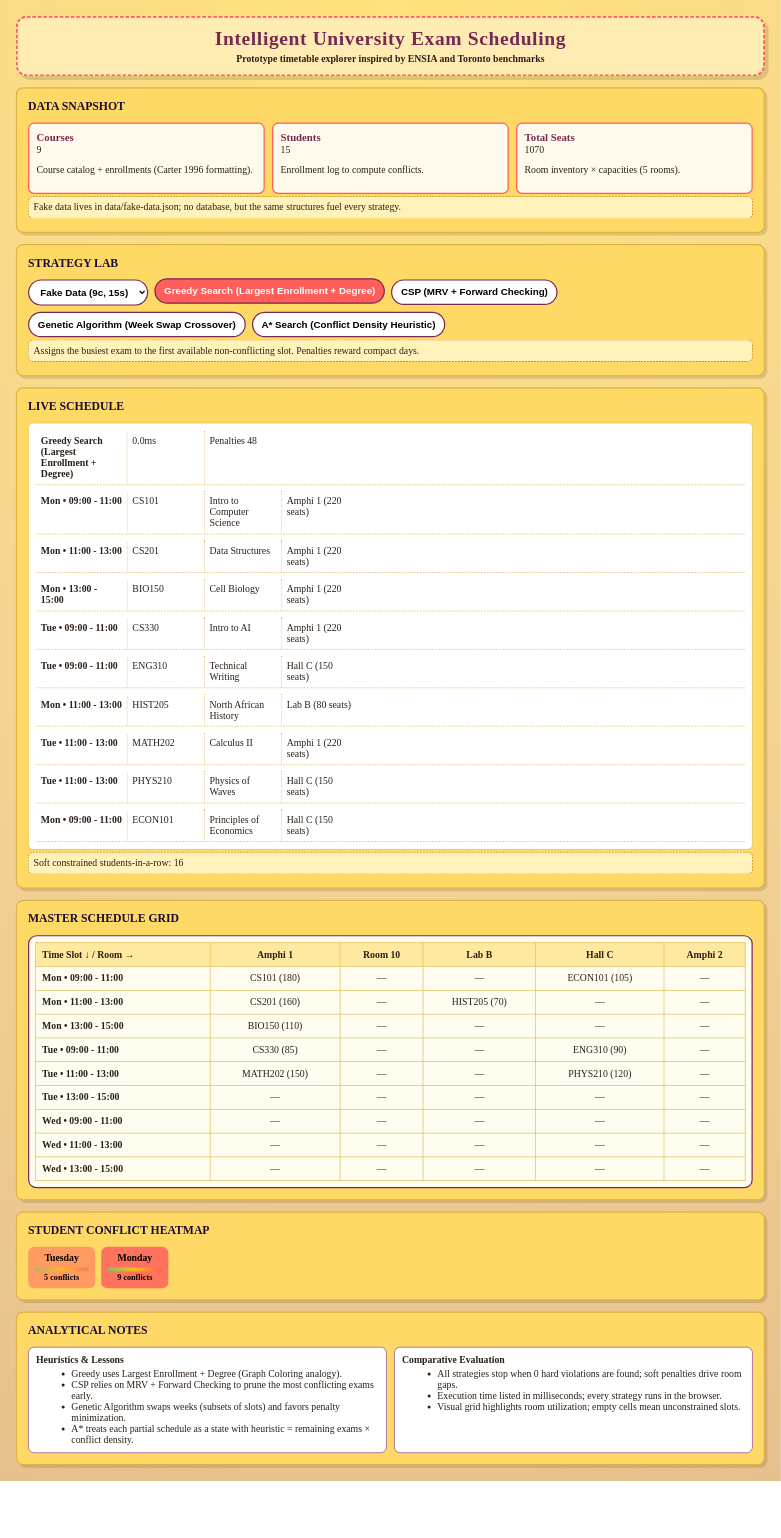
Repository: tarikko/AIExamScheduler
Page: index.html
An editor plug-in stored every save of this project. The page is shown before and after the next save, followed by the edit.
The browser window is 1280 px wide. The pictures show the whole page, at 61% of full size.

Above is the page before, as saved 2026-02-23 22:51:18.

After the next save:
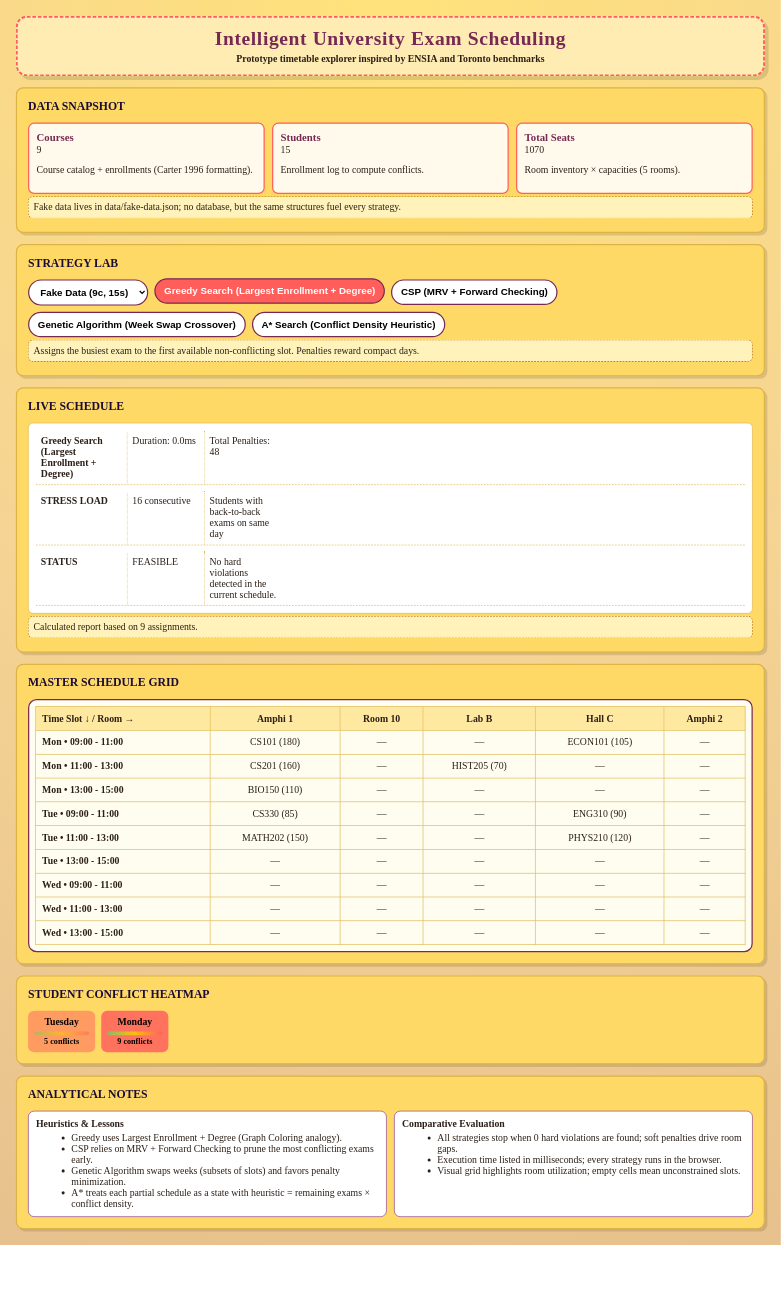
Saved 31 s later.
--- a/js/ui.js
+++ b/js/ui.js
@@ -38,29 +38,92 @@ export function renderSchedule(assignments, meta) {
 	const results = document.getElementById("schedule-results");
 	results.innerHTML = "";
 
+	// Header
 	const header = document.createElement("div");
 	header.className = "grid-row";
 	header.innerHTML = `<div class="grid-cell slot-label">${meta.label}</div>`;
-	header.innerHTML += `<div class="grid-cell">${meta.time.toFixed(
-		1
-	)}ms</div>`;
-	header.innerHTML += `<div class="grid-cell">Penalties ${meta.penalty}</div>`;
+	header.innerHTML += `<div class="grid-cell">Duration: ${meta.time.toFixed(1)}ms</div>`;
+	header.innerHTML += `<div class="grid-cell">Total Penalties: ${meta.penalty}</div>`;
 	results.appendChild(header);
 
-	assignments.forEach((slot) => {
-		const row = document.createElement("div");
-		row.className = "grid-row";
-		row.innerHTML = `
-      <div class="grid-cell slot-label">${slot.slot.label}</div>
-      <div class="grid-cell">${slot.course.code}</div>
-      <div class="grid-cell">${slot.course.name}</div>
-      <div class="grid-cell">${slot.room.name} (${slot.room.capacity} seats)</div>
-    `;
-		results.appendChild(row);
-	});
+	// Analyze Room Conflicts
+	const roomSlotMap = new Map();
+	const roomViolations = [];
+	assignments.forEach((a) => {
+		const key = `${a.slot.id}|${a.room.name}`;
+		if (!roomSlotMap.has(key)) roomSlotMap.set(key, []);
+		roomSlotMap.get(key).push(a.course.code);
+	});
+	roomSlotMap.forEach((courses, key) => {
+		if (courses.length > 1) {
+			const [slotId, roomName] = key.split("|");
+			roomViolations.push(`${roomName} @ ${slotId}: ${courses.join(", ")}`);
+		}
+	});
+
+	// Analyze Student Overlaps
+	const studentSlotMap = new Map(); // student -> slot -> [courseCodes]
+	const studentOverlaps = [];
+	if (meta.students) {
+		meta.students.forEach((student) => {
+			const myAssignments = assignments.filter((a) =>
+				student.courses.includes(a.course.code)
+			);
+			const slots = new Map();
+			myAssignments.forEach((a) => {
+				if (!slots.has(a.slot.id)) slots.set(a.slot.id, []);
+				slots.get(a.slot.id).push(a.course.code);
+			});
+			slots.forEach((courses, slotId) => {
+				if (courses.length > 1) {
+					studentOverlaps.push(`Student ${student.id} @ ${slotId}: ${courses.join(" & ")}`);
+				}
+			});
+		});
+	}
+
+	// 1. Room Conflict Rows
+	if (roomViolations.length > 0) {
+		const row = document.createElement("div");
+		row.className = "grid-row";
+		row.innerHTML = `<div class="grid-cell slot-label">ROOM CONFLICTS</div>`;
+		row.innerHTML += `<div class="grid-cell">${roomViolations.length} double-bookings</div>`;
+		row.innerHTML += `<div class="grid-cell">${roomViolations.slice(0, 3).join("; ")}${roomViolations.length > 3 ? "..." : ""}</div>`;
+		results.appendChild(row);
+	}
+
+	// 2. Student Conflict Rows
+	if (studentOverlaps.length > 0) {
+		const row = document.createElement("div");
+		row.className = "grid-row";
+		row.innerHTML = `<div class="grid-cell slot-label">STUDENT CONFLICTS</div>`;
+		row.innerHTML += `<div class="grid-cell">${studentOverlaps.length} overlaps</div>`;
+		row.innerHTML += `<div class="grid-cell">${studentOverlaps.slice(0, 2).join("; ")}${studentOverlaps.length > 2 ? "..." : ""}</div>`;
+		results.appendChild(row);
+	}
+
+	// 3. Stress Load Row
+	if (meta.softViolations > 0) {
+		const row = document.createElement("div");
+		row.className = "grid-row";
+		row.innerHTML = `<div class="grid-cell slot-label">STRESS LOAD</div>`;
+		row.innerHTML += `<div class="grid-cell">${meta.softViolations} consecutive</div>`;
+		row.innerHTML += `<div class="grid-cell">Students with back-to-back exams on same day</div>`;
+		results.appendChild(row);
+	}
+
+	// 4. Success Row
+	if (roomViolations.length === 0 && studentOverlaps.length === 0) {
+		const row = document.createElement("div");
+		row.className = "grid-row";
+		row.innerHTML = `<div class="grid-cell slot-label">STATUS</div>`;
+		row.innerHTML += `<div class="grid-cell">FEASIBLE</div>`;
+		row.innerHTML += `<div class="grid-cell">No hard violations detected in the current schedule.</div>`;
+		results.appendChild(row);
+	}
 
 	document.getElementById("score-note").textContent =
-		"Soft constrained students-in-a-row: " + meta.softViolations;
+		"Calculated report based on " + assignments.length + " assignments.";
 }
 
 export function buildMasterGrid(assignments, rooms, timeSlots) {
